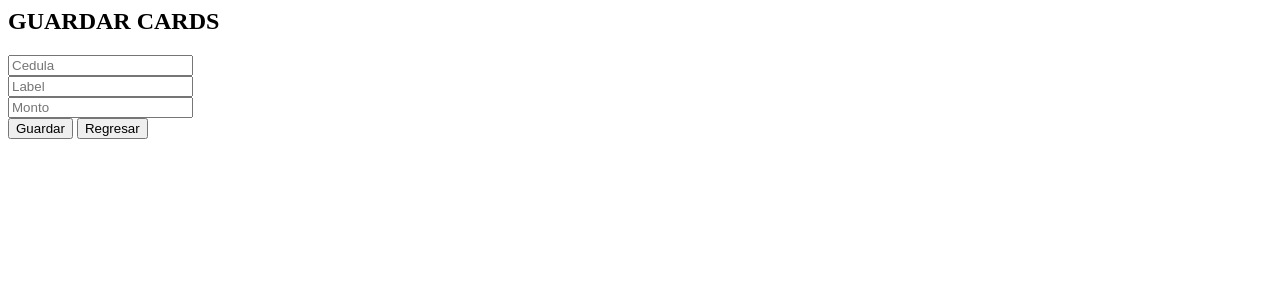
Repository: raalzate/creditcard
Page: CreditCardWeb/src/main/webapp/save.html
The author's editor kept a copy of each file at every save. The page is drawn from the files as they stood at one save, then again after the next save.
The browser window is 1280 px wide. The pictures show the whole page.

Above is the page before, as saved 2016-05-27 19:47:09.

### CreditCardWeb/src/main/webapp/save.html
<h2>GUARDAR CARDS</h2>
<div ng-controller="saveController">
	<input type="text" name="cedula" placeholder="Cedula" ng-model="cedula"> <br />
	<input type="text" name="label" placeholder="Label" ng-model="label"> <br />
	<input type="number" name="mount" placeholder="Monto" ng-model="mount"> <br />

	<button name="save" ng-click="guardarCard()">Guardar</button>
	<button name="return" ng-click="regresar()">Regresar</button>

</div>

After the next save:
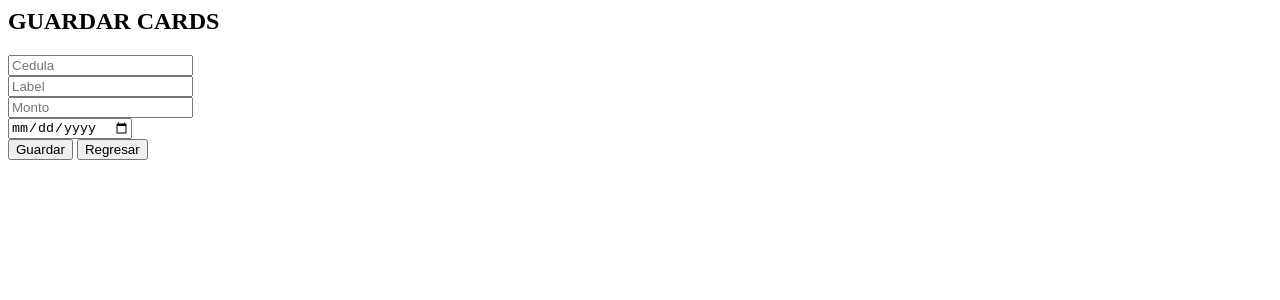
Saved 7 min 36 s later.
--- a/CreditCardWeb/src/main/webapp/save.html
+++ b/CreditCardWeb/src/main/webapp/save.html
@@ -3,6 +3,7 @@
 	<input type="text" name="cedula" placeholder="Cedula" ng-model="cedula"> <br />
 	<input type="text" name="label" placeholder="Label" ng-model="label"> <br />
 	<input type="number" name="mount" placeholder="Monto" ng-model="mount"> <br />
+	<input type="date" name="date-cut" placeholder="Fecha de corte" ng-model="dateCut"> <br />
 
 	<button name="save" ng-click="guardarCard()">Guardar</button>
 	<button name="return" ng-click="regresar()">Regresar</button>
